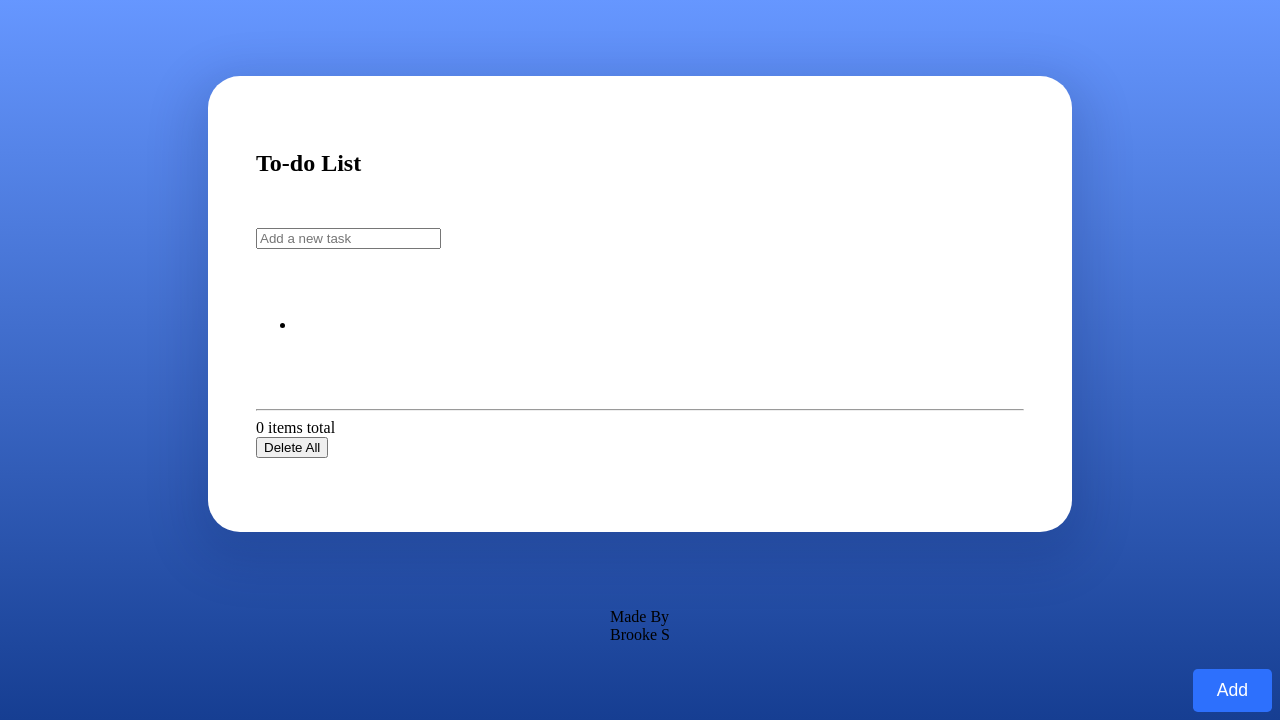
Repository: Bsharpenski/mini-movi-list
Page: workshop/fund3/index.html
The author's editor kept a copy of each file at every save. The page is drawn from the files as they stood at one save, then again after the next save.
The browser window is 1280 px wide. The pictures show the whole page.

Above is the page before, as saved 2025-02-04 19:43:10.

### workshop/fund3/index.html
<!DOCTYPE html>
<html lang="en">
<head>
    <title>To-Do List</title>
    <link rel="stylesheet" href="./style.css">
    <meta charset="UTF-8">
    <meta name="viewport" content="width=device-width, initial-scale=1.0">

</head>
<body>
        <section class="todo">
        <h2>To-do List</h2>
        <div class="input">
            <input
                type="text"
                class="input-field"
                id="todoInput"
                placeholder="Add a new task"
                />
                <button class="btn">Add</button>
        </div>
        <ul>
            <li id="todoList"></li>
        </ul>
        <div>
            <hr class="counter"/>
            <div class="counter-container">
                <p><span>0 </span>items total</p>
                <button id="deleteButton">Delete All</button>
            </div>
        </div>
    </section>
   <footer>
    <div class="footer">
        <p class="made-by">Made By</p>
        <p class="author">Brooke S</p>
    </div>
   </footer>
    <script src="./index.js"></script>
</body>
</html>

### workshop/fund3/style.css
:root{
    --gradient: linear-gradient(
        180deg,
        rgba(45, 112, 1253, 0.73)0%,
        #163e92 100%
    );
    --dark: #001747;
    --grey: #b1bacb;
    --grey-border: rgba(210, 210, 210,0.75 );
    --grey-light: #eeeeee;
    --grey-dark: #405175;
    --blue: #2d70fd;
    --green: #00d8a7;
    --white: #ffffff;
}

body{
    background: var(--gradient);
    margin: 0;
    height: 100vh;
    display: flex;
    flex-direction:column;
    justify-content: space-evenly;
    align-items: center;
}

.btn{
    color: var(--white);
    font-size: 1.1rem ;
    padding:0.7rem 1.5rem;
    border-radius:0.3rem;
    background-color: var(--blue);
    border: none;
    position:absolute;
    right: 0.5rem;
    bottom: 0.5rem;
}

h1,
h2,
h3,
h4,
h5,
h6,
p{
    margin: 0;
}
/* todo container */
.todo {
    display: flex;
    flex-direction:column;
    justify-content: space-around;
    border-radius: 2rem;
    background: var(--white);
    padding: 3rem;
    height: 50%;
    width: 60%;
    box-shadow: 0 1rem 3rem 1rem rgba(0,23,71,0.15);
}

### workshop/fund3/index.js
console.log('My code is running')

After the next save:
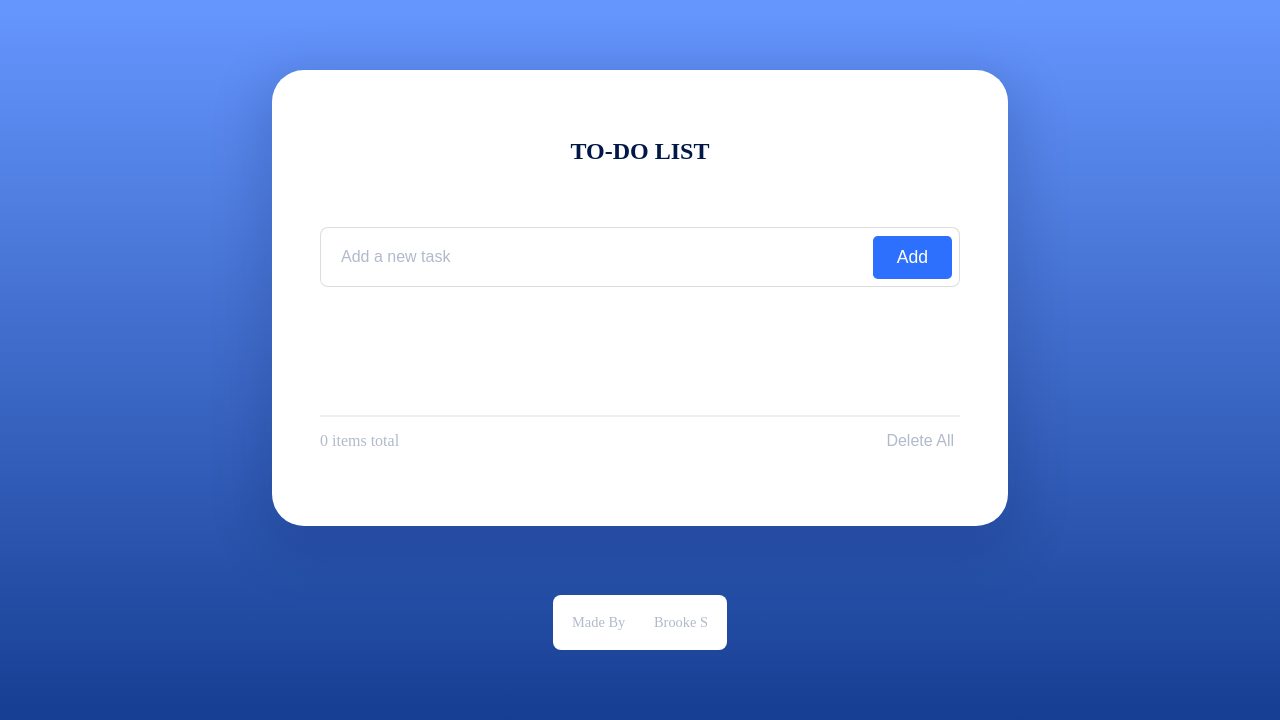
Saved 55 min 36 s later.
--- a/workshop/fund3/style.css
+++ b/workshop/fund3/style.css
@@ -45,7 +45,9 @@ h6,
 p{
     margin: 0;
 }
+
 /* todo container */
+
 .todo {
     display: flex;
     flex-direction:column;
@@ -56,4 +58,122 @@ p{
     height: 50%;
     width: 60%;
     box-shadow: 0 1rem 3rem 1rem rgba(0,23,71,0.15);
+    max-width: 40rem;
 }
+
+h2 {
+    text-transform: uppercase;
+    height: 3rem;
+    color: var(--dark);
+    text-align: center;
+}
+
+.input{
+    position: relative;
+    display: flex;
+}
+
+.input-field{
+    width: 100%;
+    border:0.06rem solid #d2d2d2bf;
+    border-radius: 0.5rem;
+    padding: 1.25rem;
+    font-size: 1rem;
+}
+
+input[type="text"]::placeholder{
+    color: var(--grey);
+}
+
+.todo-container{
+    display: flex;
+    gap: 1rem;
+}
+
+ul{
+    padding:0;
+    margin: 0;
+    overflow-y: scroll;
+}
+
+li{
+    display: flex;
+    flex-direction: column;
+    gap: 1.2rem;
+    padding: 1.2rem;
+}
+#todoList p{
+    color: 8f98a8;
+}
+
+.disabled {
+    display: flex;
+    text-decoration: line-through;
+}
+
+input[type= "checkbox"]::before{
+    content:"\2713";
+    display:inline-block;
+    width: 2rem;
+    height: 2rem;
+    font-size: 1.7rem;
+    text-align: center ;
+    border: 0.06rem solid var(--grey-border);
+    border-radius: 50%;
+    color: transparent;
+}
+
+input[type= "checkbox"]::before::after{
+    color:var(--white) ;
+    background-color:var(--green) ;
+    border: 0.06rem solid var(--green);
+    border-radius: 50%;
+}
+
+.counter{
+    border: 0.06rem solid var(--grey-light)
+}
+
+.counter-container {
+height: 2rem;
+display: flex;
+justify-content: space-between;
+color: var(--grey);
+}
+
+.counter-container p {
+    align-self: center;
+}
+
+.counter-container button {
+    border: none;
+    background-color: transparent;
+    color: var(--grey);
+    font-size: 1rem;
+}
+
+.footer{
+    display: flex;
+    gap: 1.8rem;
+    background-color: var(--white);
+    padding: 1.2rem;
+    border-radius: 0.5rem;
+}
+
+.made-by,
+.author {
+font-size: 0.9rem;
+}
+
+.made-by {
+    color: var(--grey)
+}
+
+.author {
+    color: var(--grey);
+}
+
+.scroll {
+    height: 15rem;
+    scrollbar-width: thin;
+}
